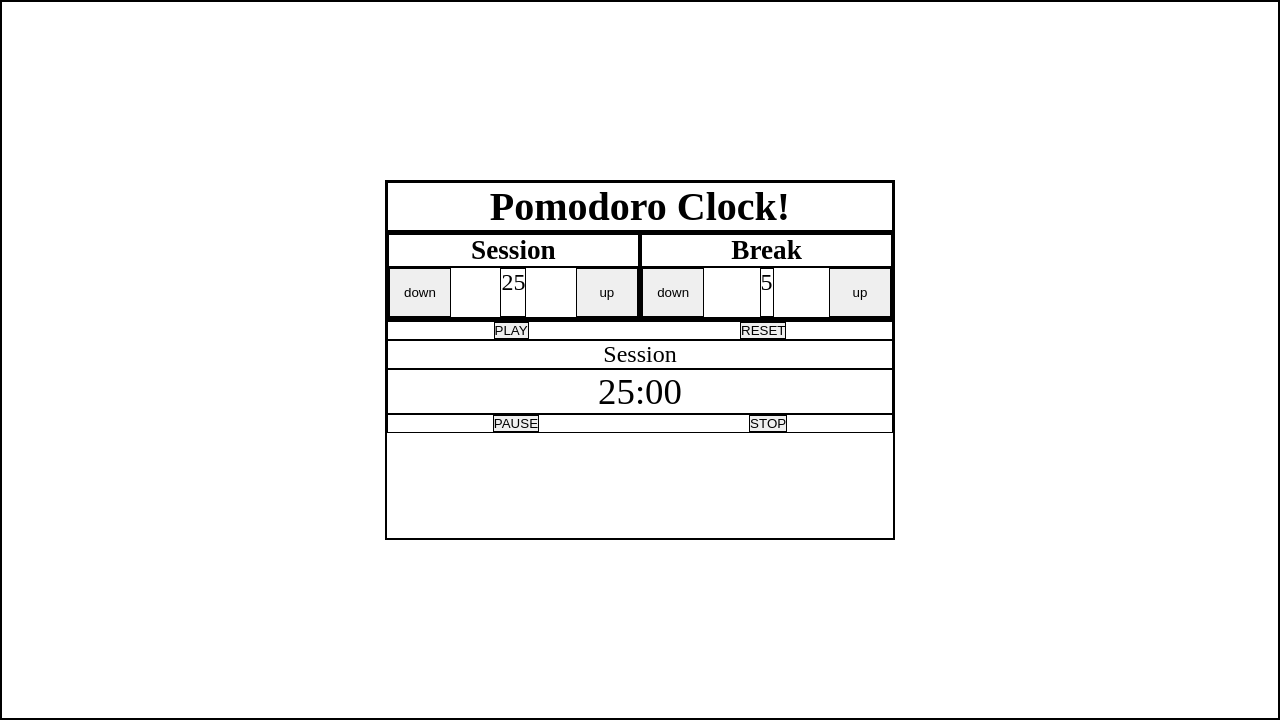
Repository: mcostigliola/pomodoroTimer
Page: index.html
These files come from the project's save history. The page is drawn as it stood at one moment and after the next save; the edit follows.
The browser window is 1280 px wide. The pictures show the whole page.

Above is the page before, as saved 2020-06-07 11:38:19.

### index.html
<!DOCTYPE html>
<html>
<head>
  <meta charset='utf-8'>
  <meta http-equiv='X-UA-Compatible' content='IE=edge'>
  <title>Page Title</title>
  <meta name='viewport' content='width=device-width, initial-scale=1'>
  <link rel='stylesheet' type='text/css' media='screen' href='main.css'>
</head>
<body>
  <div id="main-container">
    <div id="title-watch">
      <p>Pomodoro Clock!</p>
    </div>

    <div id="session-container">
      <div class="timer-configurator">
        <h3 class="cnfg-name">Session</h3>
        <div class="cnfg-controller">
          <button id="session-down" class="arrow-btn arrow-down">
            down
          </button>
          <div id="session-minute" class="config-minute"></div>
          <button id="session-up" class="arrow-btn arrow-up">
            up
          </button>
        </div>
      </div>
      <div class="timer-configurator">
        <h3 class="cnfg-name">Break</h3>
        <div class="cnfg-controller">
          <button id="break-down" class="arrow-btn arrow-down">
            down
          </button>
          <div id="break-minute" class="config-minute"></div>
          <button id="break-up" class="arrow-btn arrow-up">
            up
          </button>
        </div>
      </div>
    </div>

    <div id="timer-container">
       <div class="btn-container">
         <button id="btn-play">PLAY</button>
         <button id="btn-reset">RESET</button>
       </div>

       <p id="status">Session</p>
       <p id="timer">25:00</p>
       <div class="btn-container">
         <button id="btn-pause">PAUSE</button>
         <button id="btn-stop">STOP</button>
       </div>

    </div>
  </div>

  <script src='main.js'></script>
</body>
</html>

### main.css
*{
    border: 1px solid black;
    box-sizing: border-box;
    margin:0;
    padding:0;
}

html{
    height: 100%;
}

body{
    display: flex;
    flex-flow: column;
    height: 100%;
}

button{

}

#main-container{
    display: flex;
    flex-flow: column;
    height: 50vh;
    justify-content: space-between;
    margin: auto;
    width: 40%;
}

#session-container{
    display: flex;
    height: 30%;
}

#status{
    font-size: 1.5rem;
}

#timer{
    font-size: 2.3rem;
}

#timer-container{
    height: 75%;
}

#timer-container p{
    display:flex;
    flex-flow: column;
    text-align: center;
}

#title-watch{
    align-items: center;
    display: flex;
    height: 15%;
    text-align: center;
}

#title-watch p{
    flex-grow: 1;
    font-size: 40px;
    font-weight: bold;
}

.arrow-btn{
    width: 25%;
}

.btn-container{
    display: flex;
    justify-content: space-around;
}

.cnfg-controller{
    display: flex;
    flex-grow: 1;
    justify-content: space-between;
}

.cnfg-name{
    font-size: 1.7rem;
}

.config-minute{
    font-size: 1.5rem;
}


.timer-configurator{
    display: flex;
    flex-flow: column;
    width: 50%;
}

.timer-configurator h3{
    text-align: center;
}

### main.js
const MAX_CNFG_VALUE = 99;
const DEFMINUTES = 25;
const DEFBREAK = 5;
let configSessionMinutes = DEFMINUTES;
let configBreakMinutes = DEFBREAK;
let timerMinutes = configSessionMinutes;
let timerSeconds = 0;
let intervalId;
let isPaused = true;
let isOnBreak = false;
let sessionP = document.getElementById('status');
document.getElementById('session-minute').innerText = configSessionMinutes.toString();
document.getElementById('break-minute').innerText = configBreakMinutes.toString();

let arrowBtns = Array.from(document.querySelectorAll('.arrow-btn'));
arrowBtns.forEach(btn => btn.addEventListener('click', pressArrow));

document.getElementById('btn-play').addEventListener('click', pressPlay);
document.getElementById('btn-pause').addEventListener('click', pressPause);
document.getElementById('btn-stop').addEventListener('click', pressStop);
document.getElementById('btn-reset').addEventListener('click', resetButton);

function pressArrow(e){
  const buttonId = e.target.id;
  changeConfigMinutes(buttonId);
  alignConfigWithDisplay(buttonId);
}

function alignConfigWithDisplay(buttonId){
  if(buttonId.includes('break')){
    updateDisplay();
    if(isPaused && isOnBreak){
      timerMinutes = configBreakMinutes;
      updateDisplay();
    }
  }else{
    updateDisplay();
    if(isPaused && !isOnBreak){
      timerMinutes = configSessionMinutes;
      updateDisplay();
    }
  }
}

function changeConfigMinutes(buttonId){
  switch(buttonId){
    case "session-up":
      if(configSessionMinutes < MAX_CNFG_VALUE) configSessionMinutes++;
      break;
    case "session-down":
      if(configSessionMinutes > 0) configSessionMinutes--;
      break;
    case "break-up":
      if(configBreakMinutes < MAX_CNFG_VALUE) configBreakMinutes++;
      break;
    case "break-down":
      if(configBreakMinutes > 0) configBreakMinutes--;
      break;
  }
}

function updateDisplay(){
  updateTimerText();
  udpateConfigText();
}

function updateTimerText(){
  let timer = '';
  timerMinutes < 10 ? timer = `0${timerMinutes}`: timer = timerMinutes;
  timerSeconds < 10 ? timer += `:0${timerSeconds}`: timer += `:${timerSeconds}`;
  document.getElementById('timer').innerText = timer;
}

function udpateConfigText(){
  document.getElementById('break-minute').innerText = configBreakMinutes.toString();
  document.getElementById('session-minute').innerText = configSessionMinutes.toString();
}

function countdown(){
   intervalId = setInterval(() => {
    if(isPaused === true){
      clearInterval(intervalId);
      return;
    }
    if (timerSeconds > 0){
          timerSeconds--;
          updateDisplay();
    }else{
      if (timerMinutes > 0){
        timerMinutes--;
        timerSeconds = 59;
        updateDisplay();
      } else {
        isPaused = true;
        switchStatus();
      }
    }
   }, 1000);
}

function pressPlay(){
  if (isPaused){
    countdown();
    isPaused = false;
  }
}

function pressPause(){
  if(!isPaused) isPaused = true;
}

function pressStop(){
  timerSeconds = 0;
  isPaused = true;
  if(isOnBreak){
    sessionP.innerText = "Break";
    timerMinutes = configBreakMinutes;
  }else{
    sessionP.innerText = "Session";
    timerMinutes = configSessionMinutes;
  }
  updateDisplay();
}

function resetButton(){
  configSessionMinutes = DEFMINUTES;
  configBreakMinutes = DEFBREAK;
  isPaused = true;
  isOnBreak = false;
  timerMinutes = configSessionMinutes;
  timerSeconds = 0;
  sessionP.innerText = "Session";
  updateDisplay();
}

function switchStatus(){
  clearInterval(intervalId);
  isOnBreak = !isOnBreak;
  if(isOnBreak){
    timerMinutes = configBreakMinutes;
    sessionP.innerText = "Break";
  } else {
    timerMinutes = configSessionMinutes;
    sessionP.innerText = "Session";
  }
  isPaused = true;
  updateDisplay();
}

After the next save:
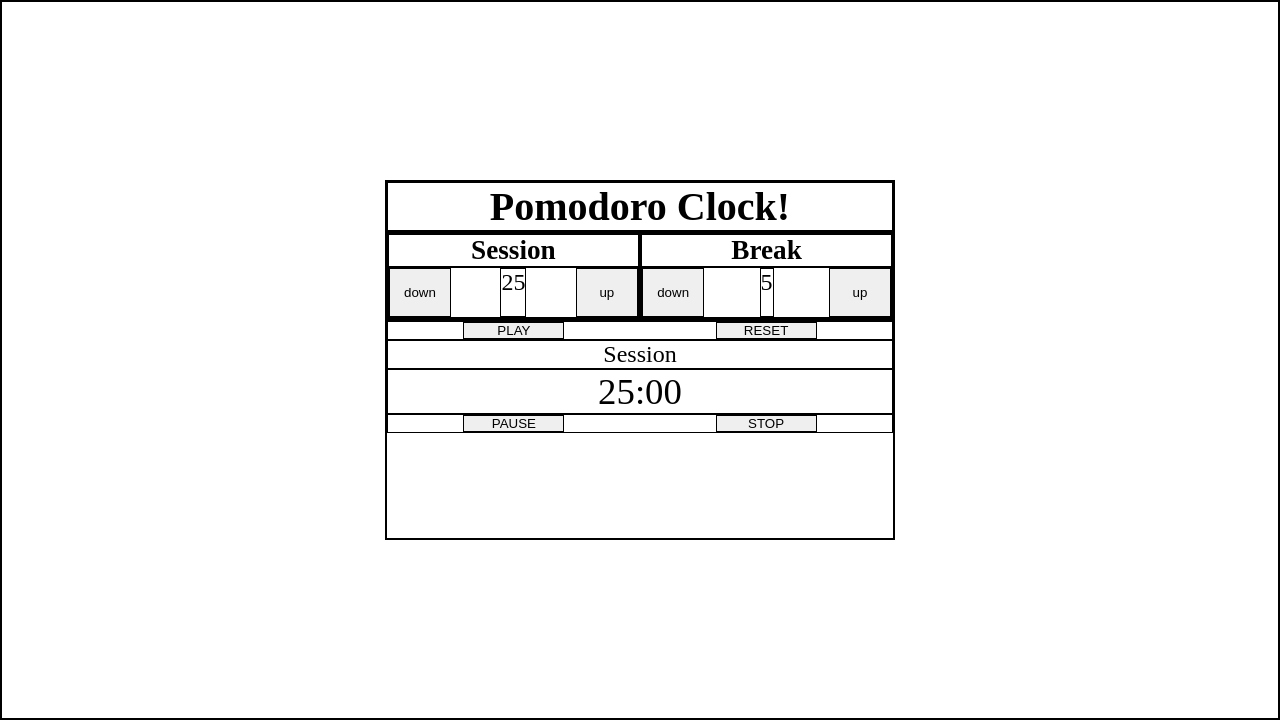
Saved 7 s later.
--- a/main.css
+++ b/main.css
@@ -73,6 +73,10 @@ button{
     justify-content: space-around;
 }
 
+.btn-container > button{
+    width: 20%;
+}
+
 .cnfg-controller{
     display: flex;
     flex-grow: 1;
